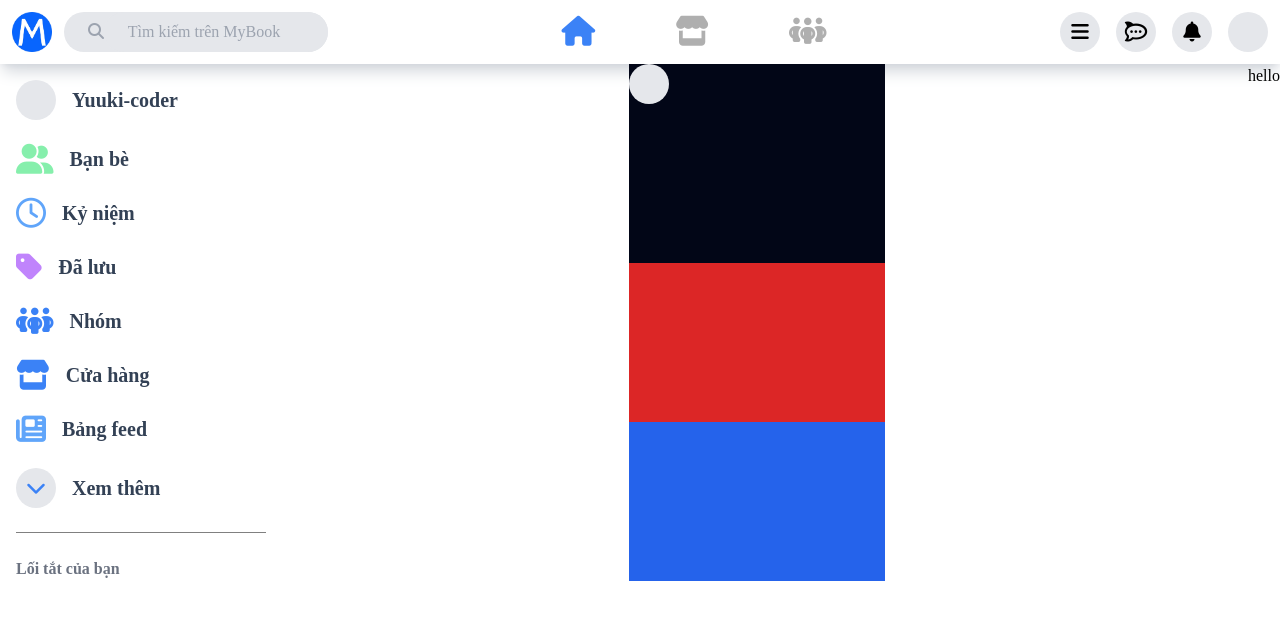
Repository: Yuukicoder/MyBook
Page: / (app in mybook/)
The author's editor kept a copy of each file at every save. The page is drawn from the files as they stood at one save, then again after the next save.
The browser window is 1280 px wide. The pictures show the whole page.
The project was rebuilt for these pictures with package versions that can differ from the ones it lists, and the page was loaded fresh each time.

Above is the page before, as saved 2023-12-14 09:09:41.

### mybook/src/index.js
import React from 'react';
import ReactDOM from 'react-dom/client';
import './index.css';
import App from './App';
import reportWebVitals from './reportWebVitals';

const root = ReactDOM.createRoot(document.getElementById('root'));
root.render(
  <React.StrictMode >
  <App / >
  </React.StrictMode>
);

// If you want to start measuring performance in your app, pass a function
// to log results (for example: reportWebVitals(console.log))
// or send to an analytics endpoint. Learn more: https://bit.ly/CRA-vitals
reportWebVitals();

### mybook/src/index.css
@tailwind base;
@tailwind components;
@tailwind utilities;
  @import url('https://fonts.googleapis.com/css2?family=Arima:wght@100;200;300;400;500;700&display=swap');
*{
  margin: 0;
  padding: 0;
  box-sizing: border-box;
  font-family: Arima;
  /* border: 1px solid black; */
}
body{
  width: 100%;
  height: 100vh;
}

### mybook/src/App.js
import './App.css';
import '@fortawesome/fontawesome-free/css/all.min.css';
import Navbar from './Navbar'
import Option from './Option'
import News from './News';
import Friend_contact from './Friend_contact';
 var App = () =>
(
    <div class="">
        <Navbar/>
        <div class="flex justify-between">
        <Option name="Yuuki-coder"/>
        <News/>
        <Friend_contact/>
        </div>

    </div>
)

export default App;

### mybook/src/App.css
:root{
  --text-color: rgb(175, 175, 175);
  --bg-icon-color: #e5e7eb;
}
.avatar{
  width: 40px;
  height: 40px;
  background-color: var(--bg-icon-color);
  border-radius: 50%;
  display: flex;
  align-items: center;
  justify-content: center;
}

### mybook/src/Navbar.js
import './Navbar.css'
import '@fortawesome/fontawesome-free/css/all.min.css';

var Navbar = () =>(


    <div class="flex items-center justify-between  w-screen py-3 px-3  shadow-lg shadow-gray-300">
        <div class="flex">

    <div class="Navbar_icon pr-3">
        <img class="w-10 h-10" src='iconMyBook.png' alt=""></img>
    </div>
    <div class="Navbar_search h-10 bg-gray-200 rounded-3xl">
        <label class=" text-center h-full pl-6"for="">
    <i class="fa-solid fa-magnifying-glass text-gray-400" ></i>
        </label>

        <input class="rounded-3xl text-center h-full pr-6 bg-gray-200" type="text" placeholder="Tìm kiếm trên MyBook"></input>
        </div>

    </div>
    <div class="  Navbar_selection">
        <ul class="flex gap-20">
            <li>
            <i class="fa-solid fa-house text-blue-500"></i>
            </li>
            <li>
            <i class="fa-solid fa-store"></i>
            </li>
            <li> <i class="fa-solid fa-people-group"></i></li>
        </ul>
    </div>
    <div class="Navbar_option">
        <ul class="flex gap-4 items-center">
            <li>
            <div class="avatar">

                <i class="fa-solid fa-bars"></i>
            </div>
                </li>
            <li>
            <div class="avatar">

                <i class="fa-brands fa-rocketchat"></i>
            </div>
                </li>
            <li>
            <div class="avatar">

                <i class="fa-solid fa-bell"></i>
            </div>
                </li>
            <li><div class="avatar"></div></li>
        </ul>
    </div>
    </div>
)
export default Navbar;

### mybook/src/Option.js
import './Option.css'
// var ButtonCollapse = () =>{

//     var collapse = document.getElementById('collapse');
// }


var Option = (x) => {
    function sayHello(name) {
        alert(`hello, ${name}`);
      }

    return (
    <div class="mt-4 ml-4  grid gap-6">

    <div class="flex gap-4 items-center box ">
        <div class="avatar">
        </div>
        <p class="font-semibold text-xl text-slate-700">{x.name}</p>

    </div>
    <div class="flex gap-4 items-center box">
    <i class="fa-solid fa-user-group text-green-300"></i>
        <p class="font-semibold text-xl text-slate-700">Bạn bè</p>

    </div>
    <div class="flex gap-4 items-center box ">
    <i class="fa-regular fa-clock text-blue-400"></i>
        <p class="font-semibold text-xl text-slate-700">Kỷ niệm</p>

    </div>
    <div class="flex gap-4 items-center box ">
    <i class="fa-solid fa-tag text-purple-400"></i>
        <p class="font-semibold text-xl text-slate-700">Đã lưu</p>

    </div>
    <div class="flex gap-4 items-center box ">
    <i class="fa-solid fa-people-group text-blue-500"></i>
        <p class="font-semibold text-xl text-slate-700">Nhóm</p>

    </div>
    <div class="flex gap-4 items-center box ">
    <i class="fa-solid fa-store text-blue-500"></i>
        <p class="font-semibold text-xl text-slate-700">Cửa hàng</p>

    </div>
    <div class="flex gap-4 items-center box ">
        <i class="fa-solid fa-newspaper text-blue-400"></i>
        <p class="font-semibold text-xl text-slate-700">Bảng feed</p>

    </div>
    <div class="flex gap-4 items-center box " >
        <div class="avatar">
    <i class="fa-solid fa-chevron-down text-blue-500 "></i>
        </div>
        <button class="font-semibold text-xl text-slate-700" onclick={sayHello}>Xem thêm</button>

    </div>
    <div class="line"></div>
    <p class="text-base font-semibold text-gray-500">Lối tắt của bạn</p>
    </div>
)}
export default Option

### mybook/src/News.js
var News = () =>(
    <div class="grid">
        <div class="News_Story bg-slate-950">
            <div class="Story_Page w-64">
                <div class="avatar"></div>
                <div class="author"></div>
            </div>
        </div>
        <div class="News_Tools bg-red-600"></div>
        <div class="News_Page bg-blue-600"></div>
    </div>

)
export default News;

### mybook/src/Friend_contact.js
var Friend_contact = () =>(
    <p>hello</p>
)
export default Friend_contact;

### mybook/src/Navbar.css
:root{
    --text-color: rgb(175, 175, 175);
    --bg-icon-color: #e5e7eb;
  }
  ul i{
  color: var(--text-color);
  font-size: 30px;
  }

  .Navbar_option ul li i{
    color: black;
  font-size: 20px;

  }

### mybook/src/Option.css

.box i{
    font-size: 30px;
}
.line{
    width: 250px;
    height: 1px;
    background-color: grey;
}
.avatar i{
    font-size: 20px;
}

### mybook/tailwind.config.js
/** @type {import('tailwindcss').Config} */
module.exports = {
  content: [
    "./src/**/*.{js,jsx,ts,tsx}",
  ],
  theme: {
    extend: {},
    color:{
      'text-grey':'#9ca9c9'
    }
  },
  plugins: [],
}

Loaded but not shown: mybook/public/index.html (common file); mybook/src/reportWebVitals.js (common file)

After the next save:
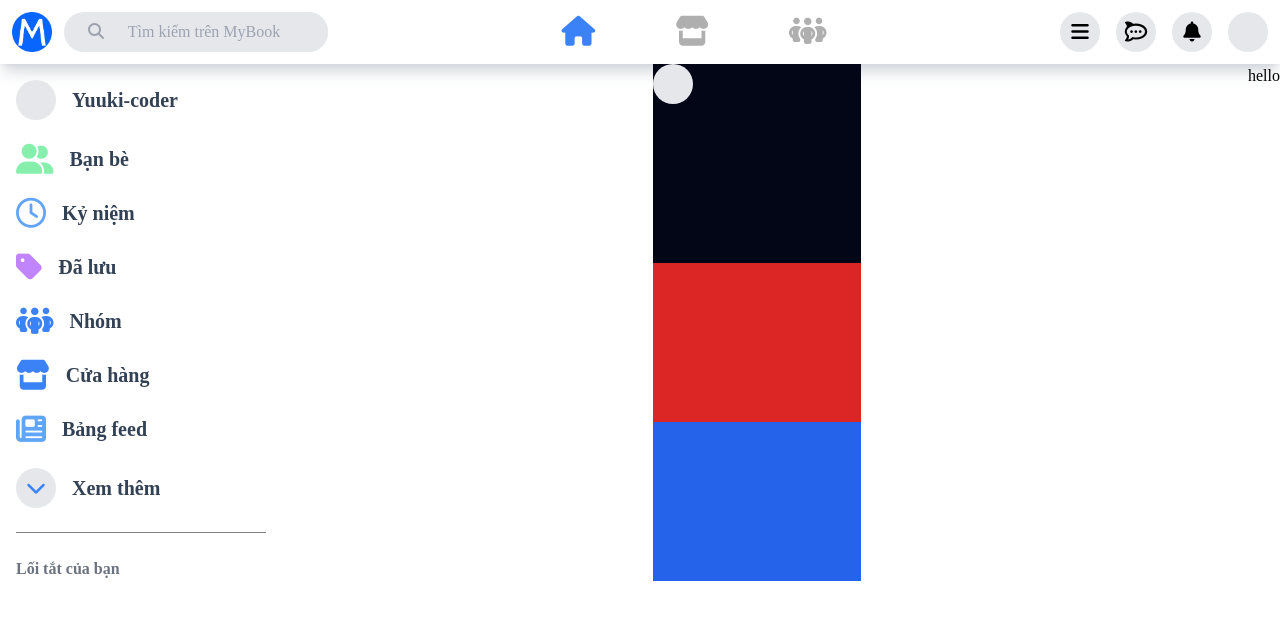
Saved 6 s later.
--- a/mybook/src/News.js
+++ b/mybook/src/News.js
@@ -1,7 +1,7 @@
 var News = () =>(
     <div class="grid">
         <div class="News_Story bg-slate-950">
-            <div class="Story_Page w-64">
+            <div class="Story_Page w-52">
                 <div class="avatar"></div>
                 <div class="author"></div>
             </div>
